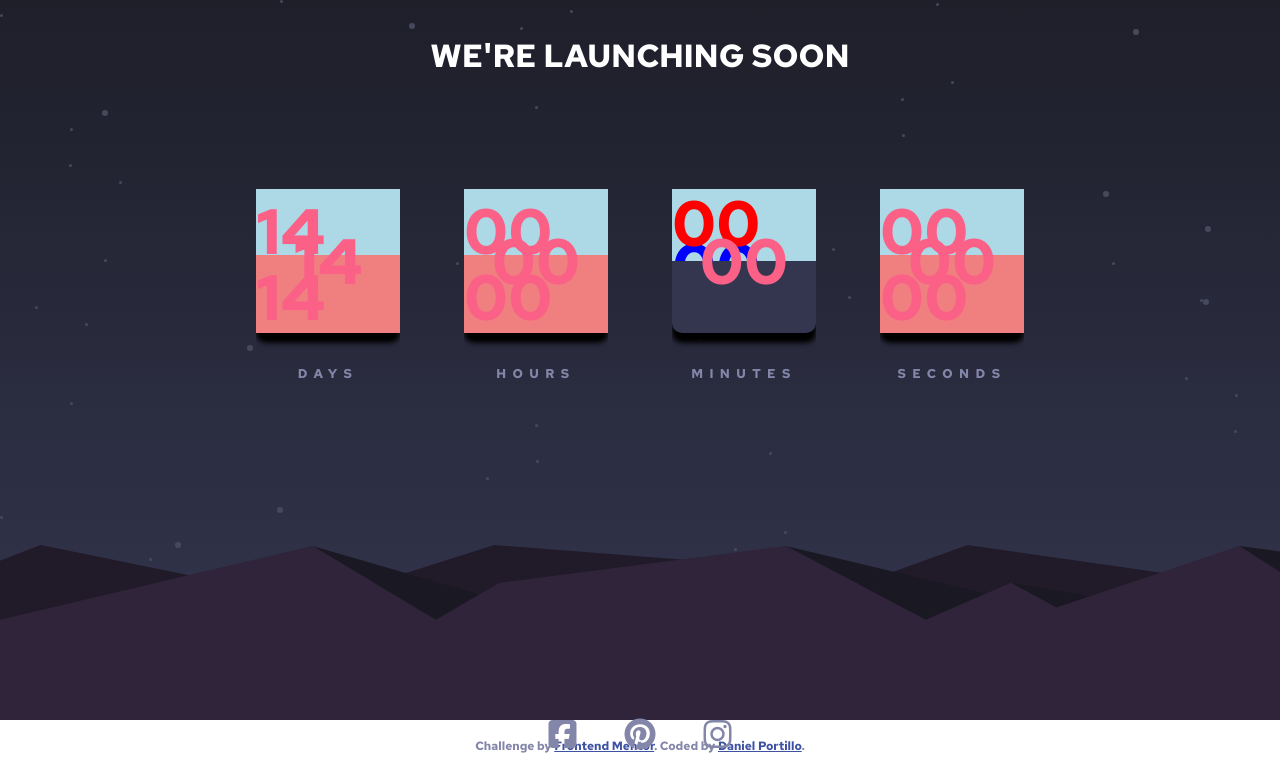
Repository: dportillo23/launch-countdown-timer-main
Page: index.html
An editor plug-in stored every save of this project. The page is shown before and after the next save, followed by the edit.
The browser window is 1280 px wide. The pictures show the whole page.
Some web libraries are served in a nearby version. The style sheet was rebuilt from its Sass, Less or Tailwind sources for each picture, by a compiler version that may differ from the author's.

Above is the page before, as saved 2021-07-02 12:20:31.

After the next save:
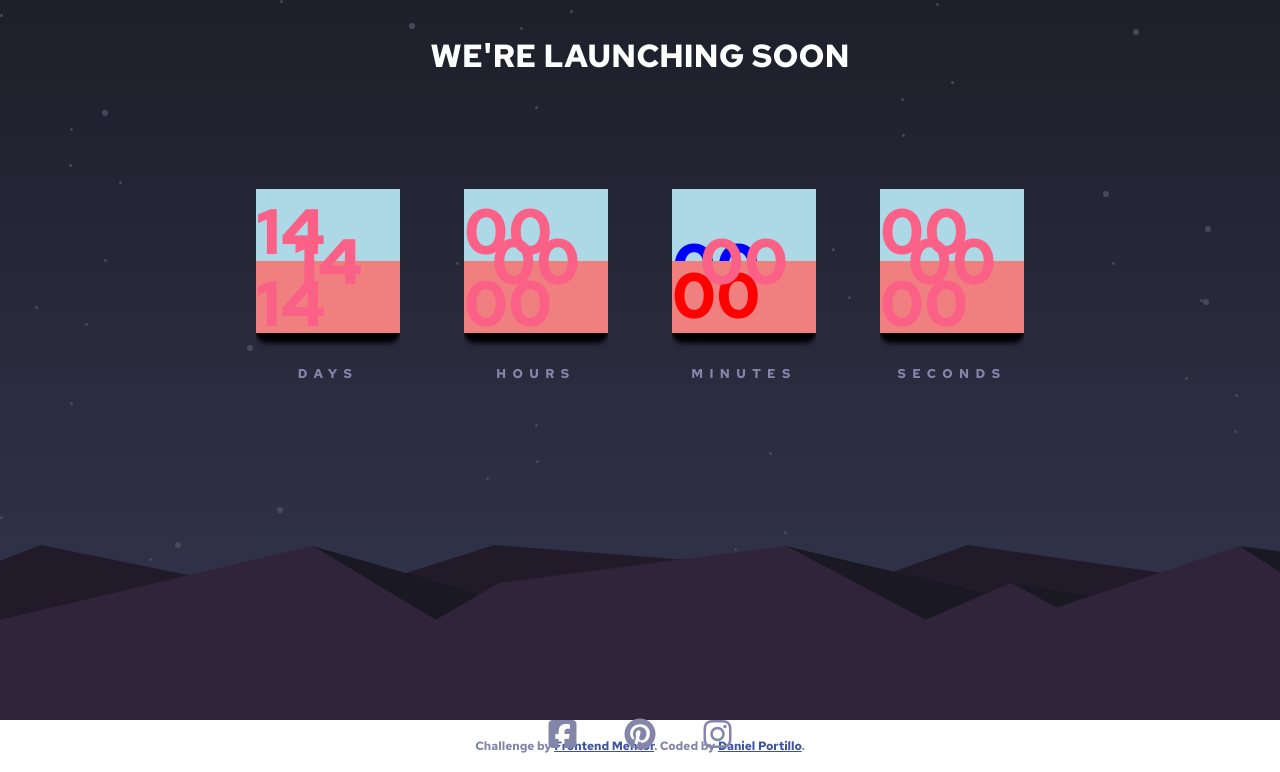
Saved 22 s later.
--- a/style.scss
+++ b/style.scss
@@ -103,6 +103,9 @@ body {
     .bottom--card {
         background-color: lightcoral;
         overflow: hidden;
+        width: 100%;
+        height: 50%;
+        position: relative;
 
         span {
             color: red;
